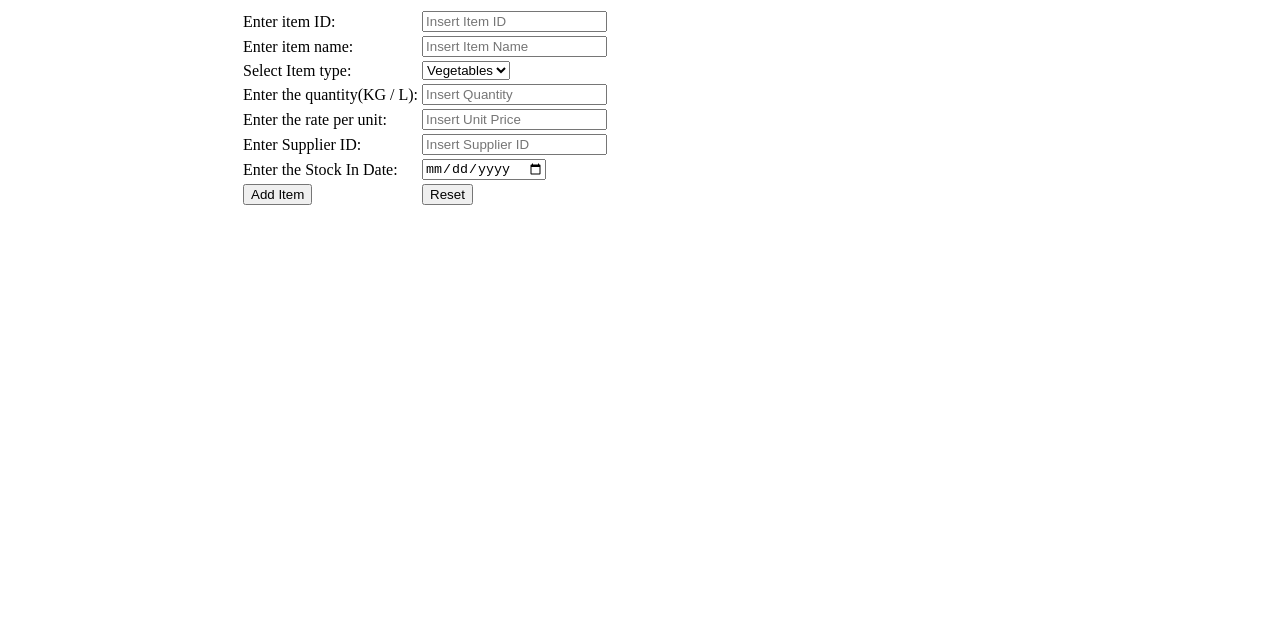
Repository: nirmaniPathiranage/CSSE-Procurement-Management
Page: http://localhost/Item_Management/AddItem.jsp
The author's editor kept a copy of each file at every save. The page is drawn from the files as they stood at one save, then again after the next save.
The browser window is 1280 px wide. The pictures show the whole page.
The page is served by Tomcat 9. Nobody is signed in. The application's start-up code is not run. Other server files are loaded and not shown.

Above is the page before, as saved 2019-09-27 21:30:30.

### Item_Management/WebContent/AddItem.jsp
<%@ page language="java" contentType="text/html; charset=ISO-8859-1"
    pageEncoding="ISO-8859-1"%>
<!DOCTYPE html>
<html>
<head>
<meta charset="ISO-8859-1">
<title>Add Items</title>
</head>
<body>
${msg}
<div style="width:800px; margin:0 auto;" >

	<form name="form" action="AddItem" method="post" onSubmit="return formValidate();">

	<table >
		<tr>
		<td> Enter item ID:</td>
		<td> <input type="text" name="ItemID" placeholder="Insert Item ID" required > </td>
		</tr>
		<tr>
		<td> Enter item name: </td>
		<td> <input type="text" name="name" placeholder="Insert Item Name" required> </td>
		</tr>
		<tr>
		<td> Select Item type: </td>
		<td> <select name="type">
								<option value="vegetables" >Vegetables</option>
								<option value="fruits">Fruit</option>
								<option value="Meat">Meat</option>
								<option value="seafood">Sea-Food</option>
								<option value="fish">Fish</option>
			</select> </td>
		</tr>
		<tr>
		<td> Enter the quantity(KG / L): </td>
		<td> <input type="text" name="quantity" placeholder="Insert Quantity" required> </td>
		</tr>
		<tr>
		<td> Enter the rate per unit: </td>
		<td> <input type="text" name="unitPrice" placeholder="Insert Unit Price" required> </td>
		</tr>
		<tr>
		<td> Enter Supplier ID: </td>
		<td> <input type="text" name="supID" placeholder="Insert Supplier ID" required> </td>
		</tr>
		<tr>
		<td> Enter the Stock In Date:</td>
		<td> <input type="Date" name="date" placeholder="Insert Stock In Date" required> </td>
		</tr>
		<tr >
		<td> <input type="submit"  value ="Add Item"> </td>
		<td><input type="reset" value="Reset" class="reset-button" /></td>
		</tr>
	</table>
	</form>
	</div>
</body>
</html>

After the next save:
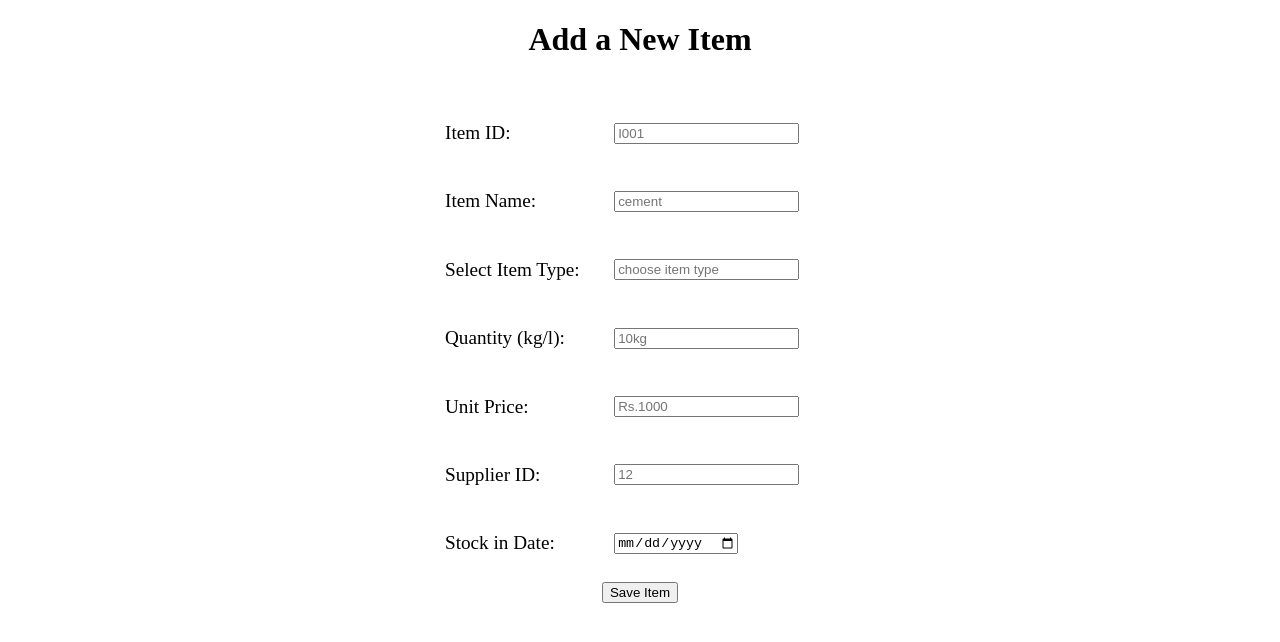
Console error: SyntaxError: Unexpected end of input
Saved 35 min 23 s later.
--- a/Item_Management/WebContent/AddItem.jsp
+++ b/Item_Management/WebContent/AddItem.jsp
@@ -5,53 +5,100 @@
 <head>
 <meta charset="ISO-8859-1">
 <title>Add Items</title>
+<script>
+	function validate() {
+		var itemid = document.form.itemid.value;
+		var itemname = document.form.itemname.value;
+		var type = document.form.type.value;
+		var quantity = document.form.quantity.value;
+		var unitprice = document.form.unitprice.value;
+		var supplierid = document.form.supplierid.value;
+		var date = document.form.date.value;
+
+		if (itemid == null || itemid == "") {
+			alert("Item ID can't be blank");
+			return false;
+		} else if (itemname == null || itemname == "") {
+			alert("item Name can't be blank");
+		} else if (type == null || type == "") {
+			alert("Item Type can't be blank");
+			return false;
+		} else if (quantity == null || quantity == "") {
+			alert("Quantity can't be blank");
+			return false;
+		} else if (unitprice == null || unitprice == "") {
+			alert("Unit Price can't be blank");
+			return false;
+		} else if (supplierid == null || supplierid == "") {
+			alert("Supplier ID can't be blank");
+			return false;
+		} else if (date == null || date == "") {
+			alert("Date can't be blank");
+			return false;
+	}
+</script>
 </head>
 <body>
 ${msg}
 <div style="width:800px; margin:0 auto;" >
 
-	<form name="form" action="AddItem" method="post" onSubmit="return formValidate();">
+<center>
+		<h1>Add a New Item</h1>
+	</center>
 
-	<table >
-		<tr>
-		<td> Enter item ID:</td>
-		<td> <input type="text" name="ItemID" placeholder="Insert Item ID" required > </td>
-		</tr>
-		<tr>
-		<td> Enter item name: </td>
-		<td> <input type="text" name="name" placeholder="Insert Item Name" required> </td>
-		</tr>
-		<tr>
-		<td> Select Item type: </td>
-		<td> <select name="type">
-								<option value="vegetables" >Vegetables</option>
-								<option value="fruits">Fruit</option>
-								<option value="Meat">Meat</option>
-								<option value="seafood">Sea-Food</option>
-								<option value="fish">Fish</option>
-			</select> </td>
-		</tr>
-		<tr>
-		<td> Enter the quantity(KG / L): </td>
-		<td> <input type="text" name="quantity" placeholder="Insert Quantity" required> </td>
-		</tr>
-		<tr>
-		<td> Enter the rate per unit: </td>
-		<td> <input type="text" name="unitPrice" placeholder="Insert Unit Price" required> </td>
-		</tr>
-		<tr>
-		<td> Enter Supplier ID: </td>
-		<td> <input type="text" name="supID" placeholder="Insert Supplier ID" required> </td>
-		</tr>
-		<tr>
-		<td> Enter the Stock In Date:</td>
-		<td> <input type="Date" name="date" placeholder="Insert Stock In Date" required> </td>
-		</tr>
-		<tr >
-		<td> <input type="submit"  value ="Add Item"> </td>
-		<td><input type="reset" value="Reset" class="reset-button" /></td>
-		</tr>
-	</table>
+	<form name="form" action="AddItemServlet" method="post" onSubmit="return validate();">
+
+	<center>
+			<table cellpadding="3" style="width: 50%">
+
+				<tr height="40">
+					<td><p style="font-size: larger">Item ID:</td>
+					<td><input type="text" name="itemid" placeholder="I001" autocomplete="off" required/></td>
+				</tr>
+				<tr height="40">
+					<td><p style="font-size: larger">Item Name:</td>
+					<td><input type="text" name="itemname"
+						placeholder="cement" autocomplete="off" required /></td>
+				</tr>
+				<tr height="40">
+					<td><p style="font-size: larger">Select Item Type:</td>
+					<td><input list="status" name="type" placeholder="choose item type"/></td>
+					<datalist id="status"> <select required>
+					<option>Tools</option>
+					<option>Equipments</option>
+					<option>Raw Materials</option>
+					<option>Vehicles</option>
+				</select> </datalist>
+				</tr>
+				<tr height="40">
+					<td><p style="font-size: larger">Quantity (kg/l):</td>
+					<td><input type="text" name="quantity" placeholder="10kg" autocomplete="off" required/></td>
+				</tr>
+				<tr height="40">
+					<td><p style="font-size: larger">Unit Price:</td>
+					<td><input type="text" name="unitprice"
+						placeholder="Rs.1000" autocomplete="off" required/></td>
+				</tr>
+				<tr height="40">
+					<td><p style="font-size: larger">Supplier ID:</td>
+					<td><input type="text" name="supplierid"
+						placeholder="12" autocomplete="off" required/></td>
+				</tr>
+				<tr height="40">
+					<td><p style="font-size: larger">
+							Stock in Date:</td>
+					<td><input type="date" name="date"
+						placeholder="2019-09-30" autocomplete="off" required/></td>
+				</tr>
+				<br>
+				<table align="center">
+					<tr>
+						<td colspan="2"><input type="submit" value="Save Item" /></td>
+					</tr>
+				</table>
+			</table>
+
+		</center>
 	</form>
 	</div>
 </body>
